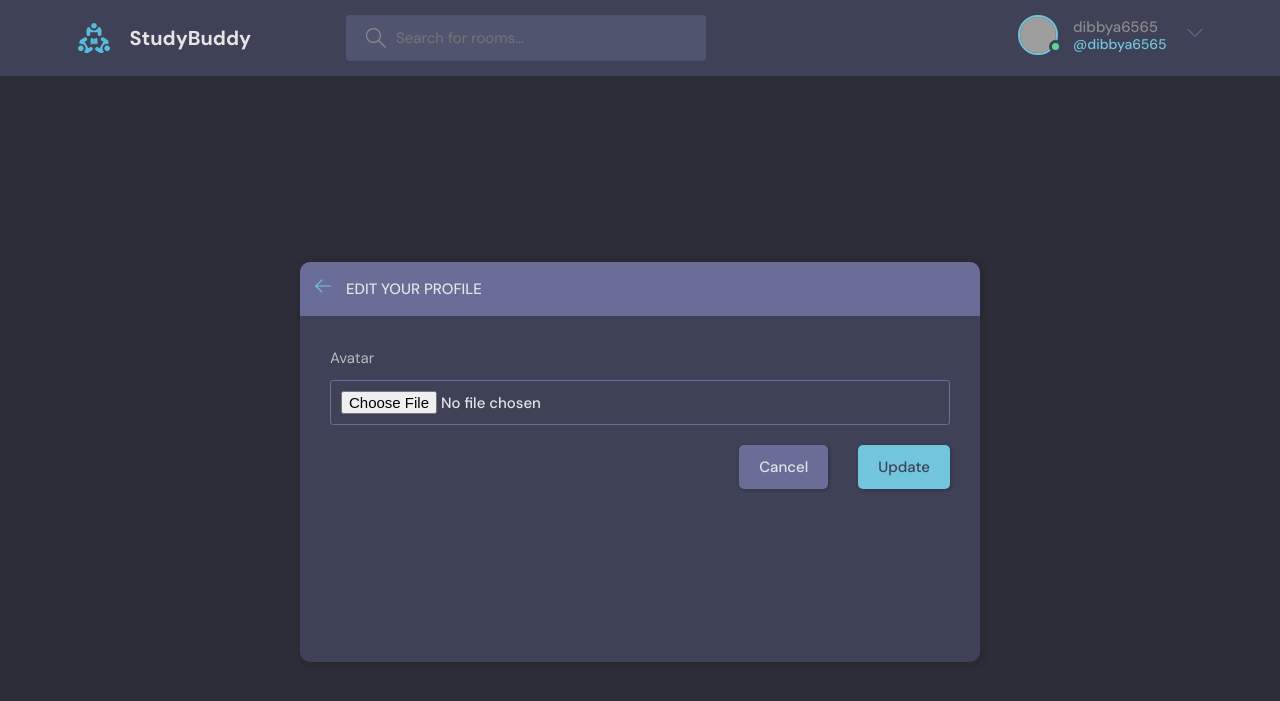
Repository: Dibbya65/Django-Basic
Page: http://localhost/update/user/
The author's editor kept a copy of each file at every save. The page is drawn from the files as they stood at one save, then again after the next save.
The browser window is 1280 px wide. The pictures show the whole page.
Pictures or frames that could not be fetched are drawn as grey boxes. The page is served by the project's application, run on Django 3.2 (manage.py). The first stored user is signed in. Other server files are loaded and not shown. The page reads the database file committed with the project.

Above is the page before, as saved 2021-11-20 17:04:32.

### base/templates/base/update-user.html
{% extends 'layouts/master.html' %}
{% block title %}Update User{% endblock title %}
{% block content %}

 <main class="update-account layout">
     <div class="container">
         <div class="layout__box">
             <div class="layout__boxHeader">
                 <div class="layout__boxTitle">
                     <a href="{% url 'home' %}">
                         <svg version="1.1" xmlns="http://www.w3.org/2000/svg" width="32" height="32"
                             viewBox="0 0 32 32">
                             <title>arrow-left</title>
                             <path
                                 d="M13.723 2.286l-13.723 13.714 13.719 13.714 1.616-1.611-10.96-10.96h27.625v-2.286h-27.625l10.965-10.965-1.616-1.607z">
                             </path>
                         </svg>
                     </a>
                     <h3>Edit your profile</h3>
                 </div>
             </div>
             <div class="layout__body">
                 <form class="form" action="" method="POST">
                 {% csrf_token %}
                     <div class="form__group">
                         <label for="profile_pic">Avatar</label>
                         <input id="profile_pic" name="profile_pic" type="file" />
                     </div>


                     <div class="form__action">
                         <a class="btn btn--dark" href="index.html">Cancel</a>
                         <button class="btn btn--main" type="submit">Update</button>
                     </div>
                 </form>
             </div>
         </div>
     </div>
     </div>
 </main>

{% endblock content %}

### templates/layouts/master.html
<!DOCTYPE html>
{% load static %}
<html lang="en">

  <head>
    <meta charset="UTF-8" />
    <meta http-equiv="X-UA-Compatible" content="IE=edge" />
    <meta name="viewport" content="width=device-width, initial-scale=1.0" />
    <link rel="shortcut icon" href="assets/favicon.ico" type="image/x-icon" />


    <title>StudyBuddy | {% block title %} {% endblock %}</title>
    <link rel="stylesheet" type="text/css" href="{% static 'styles/style.css' %}">
  </head>

  <body>
    {% include 'base/navbar.html' %}

    {% if messages %}
    <ul class="messages">
      {% for message in messages %}
      <li>{{ message }}</li>
      {% endfor %}
    </ul>
    {% endif %}
    {% block content %}{% endblock %}

    <script type="text/javascript" src="{% static 'js/script.js' %}"></script>
  </body>

</html>

### base/templates/base/navbar.html
{% load static %}
<header class="header header--loggedIn">
  <div class="container">
    <a href="/" class="header__logo">
      <img src="{% static 'assets/logo.svg' %}" />
      <h1>StudyBuddy</h1>
    </a>
    <form class="header__search" action="{% url 'home' %}" method="GET">
      <label>
        <svg version="1.1" xmlns="http://www.w3.org/2000/svg" width="32" height="32" viewBox="0 0 32 32">
          <title>search</title>
          <path
            d="M32 30.586l-10.845-10.845c1.771-2.092 2.845-4.791 2.845-7.741 0-6.617-5.383-12-12-12s-12 5.383-12 12c0 6.617 5.383 12 12 12 2.949 0 5.649-1.074 7.741-2.845l10.845 10.845 1.414-1.414zM12 22c-5.514 0-10-4.486-10-10s4.486-10 10-10c5.514 0 10 4.486 10 10s-4.486 10-10 10z">
          </path>
        </svg>
        <input type="text" placeholder="Search for rooms..." name="q" />
      </label>
    </form>
    <nav class="header__menu">
      <!-- Not Logged In -->
      {% if not request.user.is_authenticated %}
      <a href="{% url 'login' %}">
        <img src="{% static 'assets/avatar.svg' %}" />
        <p>Login</p>
      </a>
      {%else%}
      <div class="header__user">
        <a href="{%  url 'user-profile' request.user.id %}">
          <div class="avatar avatar--medium active">
            <img src="https://randomuser.me/api/portraits/men/37.jpg" />
          </div>
          <p>{{request.user.username}} <span>@{{request.user.username}}</span></p>
        </a>
        <button class="dropdown-button">
          <svg version="1.1" xmlns="http://www.w3.org/2000/svg" width="32" height="32" viewBox="0 0 32 32">
            <title>chevron-down</title>
            <path d="M16 21l-13-13h-3l16 16 16-16h-3l-13 13z"></path>
          </svg>
        </button>
      </div>

      <div class="dropdown-menu">
        <a href="{% url 'update-user' %}" class="dropdown-link"><svg version="1.1" xmlns="http://www.w3.org/2000/svg"
            width="32" height="32" viewBox="0 0 32 32">
            <title>tools</title>
            <path
              d="M27.465 32c-1.211 0-2.35-0.471-3.207-1.328l-9.392-9.391c-2.369 0.898-4.898 0.951-7.355 0.15-3.274-1.074-5.869-3.67-6.943-6.942-0.879-2.682-0.734-5.45 0.419-8.004 0.135-0.299 0.408-0.512 0.731-0.572 0.32-0.051 0.654 0.045 0.887 0.277l5.394 5.395 3.586-3.586-5.394-5.395c-0.232-0.232-0.336-0.564-0.276-0.887s0.272-0.596 0.572-0.732c2.552-1.152 5.318-1.295 8.001-0.418 3.274 1.074 5.869 3.67 6.943 6.942 0.806 2.457 0.752 4.987-0.15 7.358l9.392 9.391c0.844 0.842 1.328 2.012 1.328 3.207-0 2.5-2.034 4.535-4.535 4.535zM15.101 19.102c0.26 0 0.516 0.102 0.707 0.293l9.864 9.863c0.479 0.479 1.116 0.742 1.793 0.742 1.398 0 2.535-1.137 2.535-2.535 0-0.668-0.27-1.322-0.742-1.793l-9.864-9.863c-0.294-0.295-0.376-0.74-0.204-1.119 0.943-2.090 1.061-4.357 0.341-6.555-0.863-2.631-3.034-4.801-5.665-5.666-1.713-0.561-3.468-0.609-5.145-0.164l4.986 4.988c0.391 0.391 0.391 1.023 0 1.414l-5 5c-0.188 0.188-0.441 0.293-0.707 0.293s-0.52-0.105-0.707-0.293l-4.987-4.988c-0.45 1.682-0.397 3.436 0.164 5.146 0.863 2.631 3.034 4.801 5.665 5.666 2.2 0.721 4.466 0.604 6.555-0.342 0.132-0.059 0.271-0.088 0.411-0.088z">
            </path>
          </svg>
          Settings</a>
        <a href="{% url 'logout' %}" class="dropdown-link"><svg version="1.1" xmlns="http://www.w3.org/2000/svg"
            width="32" height="32" viewBox="0 0 32 32">
            <title>sign-out</title>
            <path
              d="M3 0h22c0.553 0 1 0 1 0.553l-0 3.447h-2v-2h-20v28h20v-2h2l0 3.447c0 0.553-0.447 0.553-1 0.553h-22c-0.553 0-1-0.447-1-1v-30c0-0.553 0.447-1 1-1z">
            </path>
            <path
              d="M21.879 21.293l1.414 1.414 6.707-6.707-6.707-6.707-1.414 1.414 4.293 4.293h-14.172v2h14.172l-4.293 4.293z">
            </path>
          </svg>
          Logout</a>
      </div>
      {% endif %}


    </nav>
  </div>
</header>

### base/forms.py
from django.forms import ModelForm
from .models import Room
from django.contrib.auth.models import User


class RoomForm(ModelForm):
    class Meta:
        model = Room
        fields = "__all__"
        exclude = {"host", "participants"}


class UserForm(ModelForm):
    class Meta:
        model = User
        fields = ["username", "email"]

### base/views.py
from django.shortcuts import render, redirect
from django.http import HttpResponse
from django.db.models import Q
from django.contrib.auth.models import User
from django.contrib.auth import authenticate, login, logout
from django.contrib.auth.forms import UserCreationForm
from django.contrib import messages
from django.contrib.auth.decorators import login_required
from .models import Room, Topic, Message
from .forms import RoomForm, UserForm

# Create your views here.


def login_page(request):
    page = "login"

    if request.user.is_authenticated:
        return redirect("home")

    if request.method == "POST":
        username = request.POST.get("username").lower()
        password = request.POST.get("password")

        try:
            user = User.objects.get(username=username)
        except:
            messages.error(request, "User does not exist")

        user = authenticate(request, username=username, password=password)

        if user is not None:
            login(request, user)
            return redirect("home")
        else:
            messages.error(request, "Invalid credentials")

    context = {"page": page}
    return render(request, "base/login.html", context)


def logout_user(request):
    logout(request)
    return redirect("home")


def register_page(request):
    form = UserCreationForm()

    if request.method == "POST":
        form = UserCreationForm(request.POST)
        if form.is_valid():
            user = form.save(commit=False)
            user.username = user.username.lower()
            user.save()

            login(request, user)

            return redirect("home")
        else:
            messages.error(request, "User registration failed")

    context = {"form": form}

    return render(request, "base/login.html", context)


def home(request):
    q = request.GET.get("q") if request.GET.get("q") != None else ""
    rooms = Room.objects.filter(
        Q(topic__name__icontains=q) | Q(name__icontains=q) | Q(description__icontains=q)
    )
    topics = Topic.objects.all()
    room_count = rooms.count()
    room_messges = Message.objects.filter(Q(room__topic__name__icontains=q))

    context = {
        "rooms": rooms,
        "topics": topics,
        "room_count": room_count,
        "room_messages": room_messges,
    }
    return render(request, "base/home.html", context)


def room(request):
    rooms = Room.objects.all()
    context = {"rooms": rooms}
    return render(request, "base/room.html", context)


def roomdetail(request, pk):
    room = Room.objects.get(id=pk)
    room_messages = room.message_set.all()
    participants = room.participants.all()

    if request.method == "POST":
        message = Message.objects.create(
            user=request.user, room=room, body=request.POST.get("body")
        )
        room.participants.add(request.user)
        return redirect("room-detail", pk=room.id)

    context = {
        "room": room,
        "room_messages": room_messages,
        "participants": participants,
    }
    return render(request, "base/single-room.html", context)


@login_required(login_url="login")
def create_room(request):
    form = RoomForm()
    topics = Topic.objects.all()
    if request.method == "POST":
        topic_name = request.POST.get("topic")
        topic, created = Topic.objects.get_or_create(name=topic_name)

        Room.objects.create(
            host=request.user,
            topic=topic,
            name=request.POST.get("name"),
            description=request.POST.get("description"),
        )
        # form = RoomForm(request.POST)
        # if form.is_valid():
        #     room = form.save(commit=False)
        #     room.host = request.user
        #     room.save()
        return redirect("home")

    context = {"form": form, "topics": topics}
    return render(request, "base/room_form.html", context)


def user_profile(request, pk):
    user = User.objects.get(id=pk)
    rooms = user.room_set.all()
    room_messages = user.message_set.all()
    topics = Topic.objects.all()
    context = {
        "user": user,
        "rooms": rooms,
        "room_messages": room_messages,
        "topics": topics,
    }
    return render(request, "base/profile.html", context)


@login_required(login_url="login")
def update_room(request, pk):
    room = Room.objects.get(id=pk)
    form = RoomForm(instance=room)
    topics = Topic.objects.all()

    if request.user != room.host:
        return HttpResponse("Unauthenticated!")

    if request.method == "POST":
        topic_name = request.POST.get("topic")
        topic, created = Topic.objects.get_or_create(name=topic_name)
        room.name = request.POST.get("name")
        room.topic = topic
        room.description = request.POST.get("description")
        room.save()

        return redirect("home")

    context = {"form": form, "topics": topics, "room": room}
    return render(request, "base/room_form.html", context)


@login_required(login_url="login")
def delete_room(request, pk):
    room = Room.objects.get(id=pk)
    if request.user != room.host:
        return HttpResponse("Unauthenticated!")

    if request.method == "POST":
        room.delete()
        return redirect("home")
    return render(request, "base/delete.html", {"obj": room})


@login_required(login_url="login")
def delete_message(request, pk):
    msg = Message.objects.get(id=pk)
    if request.user != msg.user:
        return HttpResponse("Unauthenticated!")

    if request.method == "POST":
        msg.delete()
        return redirect("home")
    return render(request, "base/delete.html", {"obj": msg})


@login_required(login_url="login")
def update_user(request):
    user = request.user
    form = UserForm(instance=user)

    return render(request, "base/update-user.html", {"form": form})

### studybud/urls.py
"""studybud URL Configuration

The `urlpatterns` list routes URLs to views. For more information please see:
    https://docs.djangoproject.com/en/3.2/topics/http/urls/
Examples:
Function views
    1. Add an import:  from my_app import views
    2. Add a URL to urlpatterns:  path('', views.home, name='home')
Class-based views
    1. Add an import:  from other_app.views import Home
    2. Add a URL to urlpatterns:  path('', Home.as_view(), name='home')
Including another URLconf
    1. Import the include() function: from django.urls import include, path
    2. Add a URL to urlpatterns:  path('blog/', include('blog.urls'))
"""
from django.contrib import admin
from django.urls import path, include


urlpatterns = [
    path('admin/', admin.site.urls),
    path('', include('base.urls'))
]

### base/urls.py
from django.urls import path
from . import views

urlpatterns = [
    path("login/", views.login_page, name="login"),
    path("register/", views.register_page, name="register"),
    path("logout/", views.logout_user, name="logout"),
    path("", views.home, name="home"),
    path("room/", views.room, name="room"),
    path("profile/<str:pk>", views.user_profile, name="user-profile"),
    path("update/user/", views.update_user, name="update-user"),
    path("room/<str:pk>", views.roomdetail, name="room-detail"),
    path("create/room/", views.create_room, name="create-room"),
    path("update/room/<str:pk>/", views.update_room, name="update-room"),
    path("delete/room/<str:pk>/", views.delete_room, name="delete-room"),
    path("delete/message/<str:pk>/", views.delete_message, name="delete-message"),
]

### db.sqlite3 (the tables this page reads, as SQL)
CREATE TABLE "auth_user" ("id" integer NOT NULL PRIMARY KEY AUTOINCREMENT, "password" varchar(128) NOT NULL, "last_login" datetime NULL, "is_superuser" bool NOT NULL, "username" varchar(150) NOT NULL UNIQUE, "last_name" varchar(150) NOT NULL, "email" varchar(254) NOT NULL, "is_staff" bool NOT NULL, "is_active" bool NOT NULL, "date_joined" datetime NOT NULL, "first_name" varchar(150) NOT NULL);
INSERT INTO "auth_user" VALUES
(1, 'pbkdf2_sha256$260000$xQxpFxKQ9izBbopr3Dv7HS$ZdGFJYFjajdfBM/ZdnlG6gD0dgX/TKmGyoCCve4Q564=', '2021-11-20 11:25:23.454227', 1, 'dibbya6565', '', 'dibyakarki65@gmail.com', 1, 1, '2021-11-13 15:49:17.112151', ''),
(2, 'pbkdf2_sha256$260000$OcP3oMRwcVFmIc3QPSnltC$GpcmQjPkv0wxmOYWlv/oBQ69CVZRvql5qDH1FvXjTJM=', NULL, 0, 'prakashkarki6565', '', '', 0, 1, '2021-11-14 06:46:21.258105', ''),
(3, 'pbkdf2_sha256$260000$bYZBArIVxYmuNuu5Azzl9d$kAIAJAnHPVaaRNyIMyoHKCgxSXknbwf/ubpWAJYvAxQ=', '2021-11-15 11:51:20.490980', 0, 'prakashkarki6565@gmail.com', '', '', 0, 1, '2021-11-15 11:51:19.976423', ''),
(4, 'pbkdf2_sha256$260000$XQVrpvlajut1jjOP6a31hy$SR7rs3yBHY/pGjCoDxqTx/rkvUNTPMNaSyNaJWyzDpk=', '2021-11-20 08:32:44.875888', 0, 'praksh65', '', '', 0, 1, '2021-11-20 08:32:44.429889', '');

Loaded but not shown: static/assets/logo.svg (12 lines, source omitted); static/js/script.js (69 lines, source omitted); static/styles/style.css (1166 lines, source omitted)

After the next save:
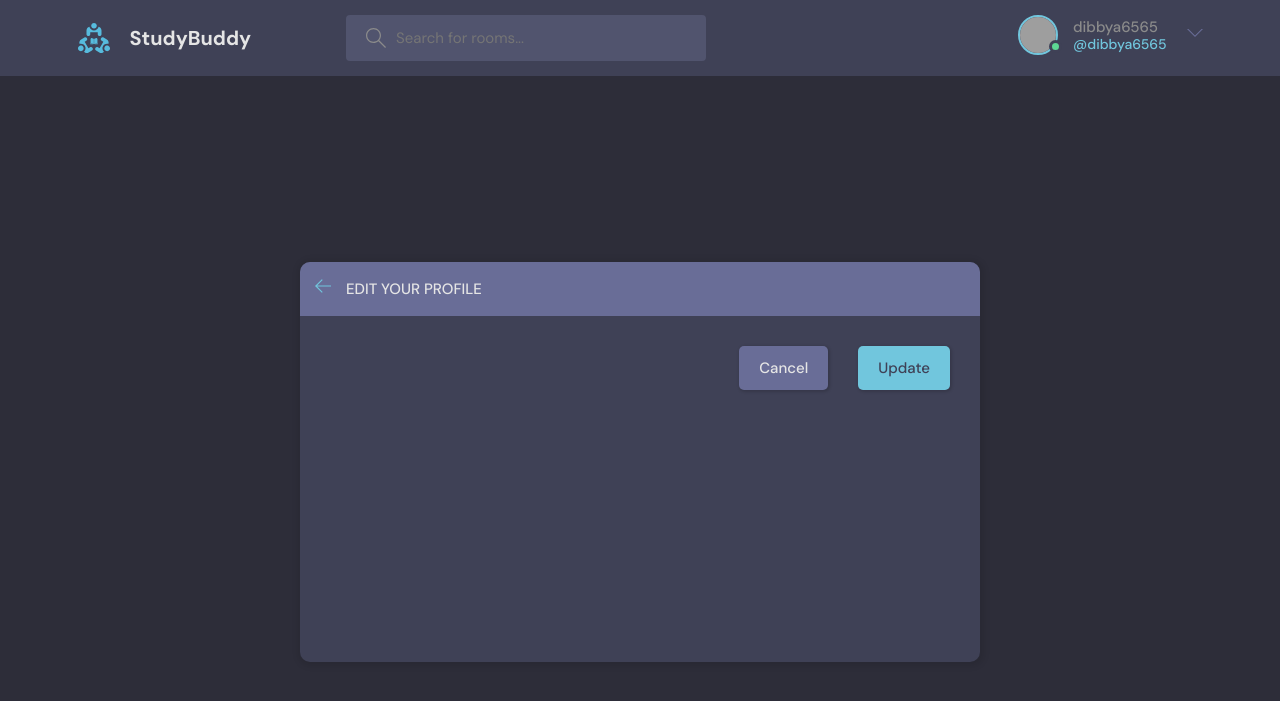
Saved 2 min 49 s later.
--- a/base/templates/base/update-user.html
+++ b/base/templates/base/update-user.html
@@ -22,9 +22,15 @@
              <div class="layout__body">
                  <form class="form" action="" method="POST">
                  {% csrf_token %}
+                    {% for field in form %}
+
+
+
+                    {% endfor %}
+
                      <div class="form__group">
-                         <label for="profile_pic">Avatar</label>
-                         <input id="profile_pic" name="profile_pic" type="file" />
+                         <label for="profile_pic">{{field.label}}</label>
+                         {{field}}
                      </div>
 
 
